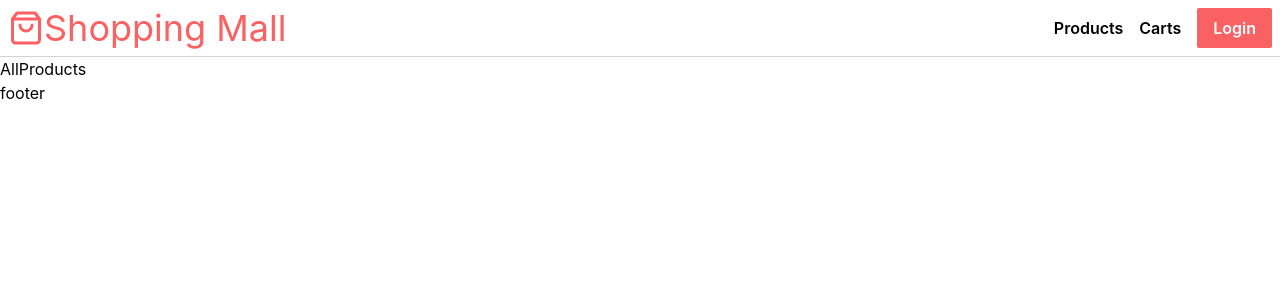
Repository: dnjfht/shopping_mall
Page: /products
These files come from the project's save history. The page is drawn as it stood at one moment and after the next save; the edit follows.
The browser window is 1280 px wide. The pictures show the whole page.
The project was rebuilt for these pictures with package versions that can differ from the ones it lists, and the page was loaded fresh each time. Also part of the build but not shown: src/App.css, src/components/User.jsx, src/pages/Home.jsx, src/pages/NewProduct.jsx, src/pages/ProductDetail.jsx, src/pages/NotFound.jsx, src/pages/MyCart.jsx, src/pages/ProtectedRoute.js.

Above is the page before, as saved 2023-03-06 02:56:20.

### public/index.html
<!DOCTYPE html>
<html lang="en">
  <head>
    <meta charset="utf-8" />
    <link rel="icon" href="%PUBLIC_URL%/favicon.ico" />
    <meta name="viewport" content="width=device-width, initial-scale=1" />
    <meta name="theme-color" content="#000000" />
    <meta
      name="description"
      content="Web site created using create-react-app"
    />
    <link rel="apple-touch-icon" href="%PUBLIC_URL%/logo192.png" />
    <!--
      manifest.json provides metadata used when your web app is installed on a
      user's mobile device or desktop. See https://developers.google.com/web/fundamentals/web-app-manifest/
    -->
    <link rel="manifest" href="%PUBLIC_URL%/manifest.json" />
    <!--
      Notice the use of %PUBLIC_URL% in the tags above.
      It will be replaced with the URL of the `public` folder during the build.
      Only files inside the `public` folder can be referenced from the HTML.

      Unlike "/favicon.ico" or "favicon.ico", "%PUBLIC_URL%/favicon.ico" will
      work correctly both with client-side routing and a non-root public URL.
      Learn how to configure a non-root public URL by running `npm run build`.
    -->
    <title>Shopping Mall</title>
  </head>
  <body>
    <noscript>You need to enable JavaScript to run this app.</noscript>
    <div id="root"></div>
    <!--
      This HTML file is a template.
      If you open it directly in the browser, you will see an empty page.

      You can add webfonts, meta tags, or analytics to this file.
      The build step will place the bundled scripts into the <body> tag.

      To begin the development, run `npm start` or `yarn start`.
      To create a production bundle, use `npm run build` or `yarn build`.
    -->
  </body>
</html>

### src/index.js
import React from "react";
import ReactDOM from "react-dom/client";
import "./index.css";
import App from "./App";
import reportWebVitals from "./reportWebVitals";

import { createBrowserRouter, RouterProvider } from "react-router-dom";
import Home from "./pages/Home";
import AllProducts from "./pages/AllProducts";
import NewProduct from "./pages/NewProduct";
import ProductDetail from "./pages/ProductDetail";
import NotFound from "./pages/NotFound";
import MyCart from "./pages/MyCart";
import ProtectedRoute from "./pages/ProtectedRoute";

const router = createBrowserRouter([
  {
    path: "/",
    element: <App />,
    errorElement: <NotFound />,
    children: [
      { index: true, path: "/", element: <Home /> },
      { path: "/products", element: <AllProducts /> },
      {
        path: "/products/new",
        element: (
          <ProtectedRoute requireAdmin>
            <NewProduct />
          </ProtectedRoute>
        ),
      },
      {
        path: "/products/:id",
        element: <ProductDetail />,
      },
      {
        path: "/carts",
        element: (
          <ProtectedRoute>
            <MyCart />
          </ProtectedRoute>
        ),
      },
    ],
  },
]);

const root = ReactDOM.createRoot(document.getElementById("root"));
root.render(
  <React.StrictMode>
    <RouterProvider router={router} />
  </React.StrictMode>
);

// If you want to start measuring performance in your app, pass a function
// to log results (for example: reportWebVitals(console.log))
// or send to an analytics endpoint. Learn more: https://bit.ly/CRA-vitals
reportWebVitals();

### src/index.css
@tailwind base;
@tailwind components;
@tailwind utilities;

body {
  margin: 0;
  font-family: -apple-system, BlinkMacSystemFont, "Segoe UI", "Roboto", "Oxygen",
    "Ubuntu", "Cantarell", "Fira Sans", "Droid Sans", "Helvetica Neue",
    sans-serif;
  -webkit-font-smoothing: antialiased;
  -moz-osx-font-smoothing: grayscale;
  @apply flex flex-col items-center;
}

#root {
  @apply w-full max-w-screen-2xl;
}

code {
  font-family: source-code-pro, Menlo, Monaco, Consolas, "Courier New",
    monospace;
}

### src/App.js
import "./App.css";
import Header from "./components/Header";
import Footer from "./components/Footer";
import { Outlet } from "react-router-dom";
import { AuthContextProvider } from "./components/context/AuthContext";

function App() {
  return (
    <AuthContextProvider>
      <Header />
      <Outlet />
      <Footer />
    </AuthContextProvider>
  );
}

export default App;

### src/pages/AllProducts.jsx
import React from "react";

export default function AllProducts() {
  return <div>AllProducts</div>;
}

### src/components/Header.jsx
import React, { useEffect, useState } from "react";
import { Link } from "react-router-dom";
import { FiShoppingBag } from "react-icons/fi";
import { BsFillPencilFill } from "react-icons/bs";
import { login, logout, onUserStateChange } from "../firebase";
import User from "./User";
import Button from "./ui/Button";
import { useAuthContext } from "./context/AuthContext";

export default function Header() {
  const { user, login, logout } = useAuthContext();

  return (
    <header className="flex justify-between border-b border-gray-300 p-2">
      <Link to="/" className="flex items-center text-4xl text-brand">
        <FiShoppingBag />
        <h1>Shopping Mall</h1>
      </Link>
      <nav className="flex items-center gap-4 font-semibold">
        <Link to="/products">Products</Link>
        <Link to="/carts">Carts</Link>
        {user && user.isAdmin && (
          <Link to="/products/new" className="text-2xl">
            <BsFillPencilFill />
          </Link>
        )}
        {user && <User user={user} />}
        {!user && <Button text={"Login"} onClick={login} />}
        {user && <Button text={"Logout"} onClick={logout} />}
      </nav>
    </header>
  );
}

### src/components/Footer.jsx
import React from "react";

export default function Footer() {
  return <div>footer</div>;
}

### src/components/context/AuthContext.jsx
import { createContext, useContext, useEffect, useState } from "react";
import { login, logout, onUserStateChange } from "../../firebase";

const AuthContext = createContext();

export function AuthContextProvider({ children }) {
  const [user, setUser] = useState();

  useEffect(() => {
    onUserStateChange((user) => {
      console.log(user);
      setUser(user);
    });
  }, []);

  return (
    <AuthContext.Provider value={{ user, login, logout }}>
      {children}
    </AuthContext.Provider>
  );
}

export function useAuthContext() {
  return useContext(AuthContext);
}

### src/firebase.js
// Import the functions you need from the SDKs you need
import { initializeApp } from "firebase/app";
import {
  getAuth,
  signInWithPopup,
  GoogleAuthProvider,
  signOut,
  onAuthStateChanged,
} from "firebase/auth";
import { getDatabase, ref, child, get } from "firebase/database";

const firebaseConfig = {
  apiKey: process.env.REACT_APP_FIREBASE_API_KEY,
  authDomain: process.env.REACT_APP_FIREBASE_AUTH_DOMAIN,
  databaseURL: process.env.REACT_APP_FIREBASE_DB_URL,
  projectId: process.env.REACT_APP_FIREBASE_PROJECT_ID,
};

// Initialize Firebase
const app = initializeApp(firebaseConfig);

// Initialize Firebase Authentication and get a reference to the service
const auth = getAuth(app);
// Initialize Realtime Database and get a reference to the service
const database = getDatabase(app);

const provider = new GoogleAuthProvider();

export async function login() {
  return signInWithPopup(auth, provider).catch(console.error);
}

export async function logout() {
  return signOut(auth);
  // return signOut(auth).then(() => null);
}

export function onUserStateChange(callback) {
  onAuthStateChanged(auth, async (user) => {
    // 1. 사용자가 있는 경우에 (로그인한 경우)
    const updateUser = user ? await adminUser(user) : null;
    callback(updateUser);
  });
}

async function adminUser(user) {
  // 2. 사용자가 어드민 권한을 가지고 있는지 확인!
  // 3. {...user, isAdmin: true/false}

  const dbRef = ref(database);
  return get(child(dbRef, "admins")).then((snapshot) => {
    if (snapshot.exists()) {
      const admins = snapshot.val();
      console.log(admins);
      const isAdmin = admins.includes(user.uid);
      return { ...user, isAdmin };
    }
    return user;
  });
}

### src/components/ui/Button.jsx
import React from "react";

export default function Button({ text, onClick }) {
  return (
    <button
      className="bg-brand text-white py-2 px-4 rounded-sm hover:brightness-110"
      onClick={onClick}
    >
      {text}
    </button>
  );
}

### tailwind.config.js
/** @type {import('tailwindcss').Config} */
module.exports = {
  content: ["./src/**/*.{js,jsx}"],
  theme: {
    extend: {
      colors: {
        brand: "#F96162",
      },
    },
  },
  plugins: [],
};

Loaded but not shown: src/reportWebVitals.js (common file)

After the next save:
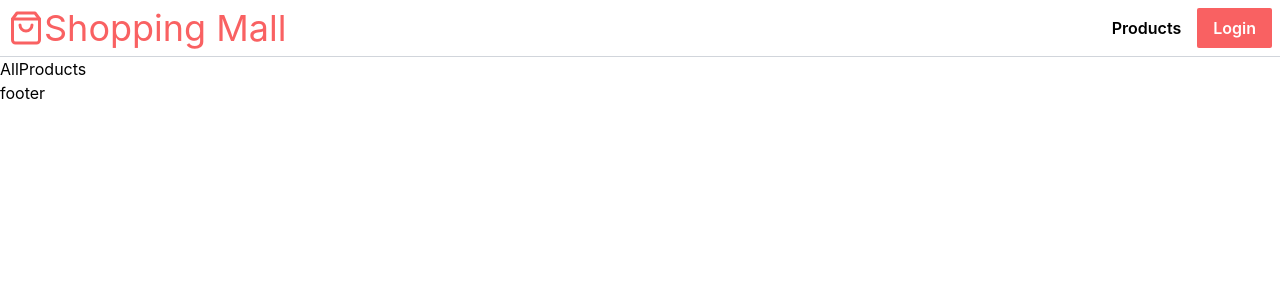
Saved 53 s later.
--- a/src/components/Header.jsx
+++ b/src/components/Header.jsx
@@ -18,7 +18,7 @@ export default function Header() {
       </Link>
       <nav className="flex items-center gap-4 font-semibold">
         <Link to="/products">Products</Link>
-        <Link to="/carts">Carts</Link>
+        {user && <Link to="/carts">Carts</Link>}
         {user && user.isAdmin && (
           <Link to="/products/new" className="text-2xl">
             <BsFillPencilFill />
